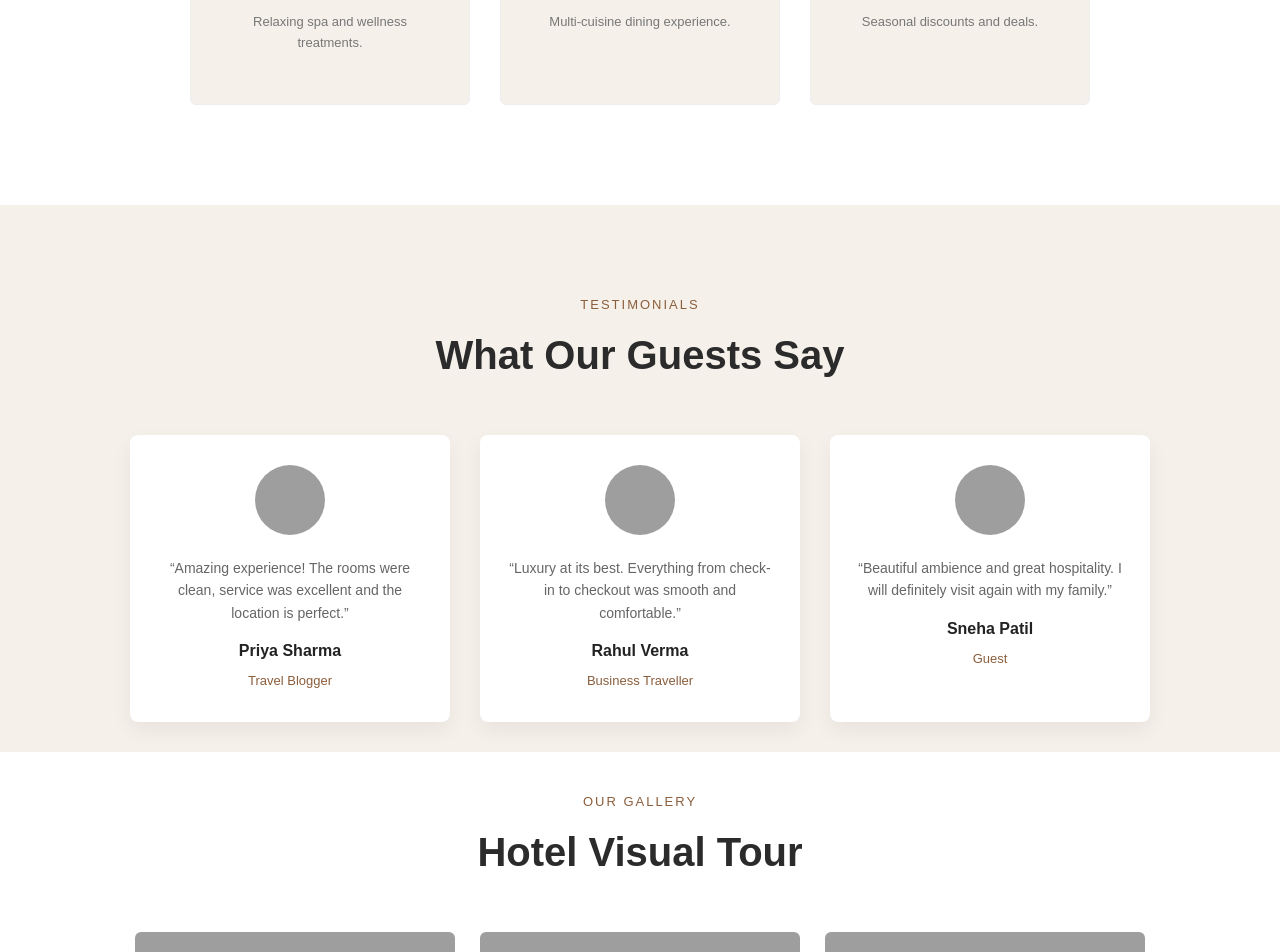
Repository: shraddhasal/HotelManagementSystem
Page: http://localhost/HMS/home.jsp
An editor plug-in stored every save of this project. The page is shown before and after the next save, followed by the edit.
The browser window is 1280 px wide. The pictures show the part of the page from y = 1889 to 2841 px (the page is 4004 px tall before and 3944 px after).
Pictures or frames that could not be fetched are drawn as grey boxes. The page is served by Tomcat 10.

Above is the page before, as saved 2026-02-16 07:14:37.

After the next save:
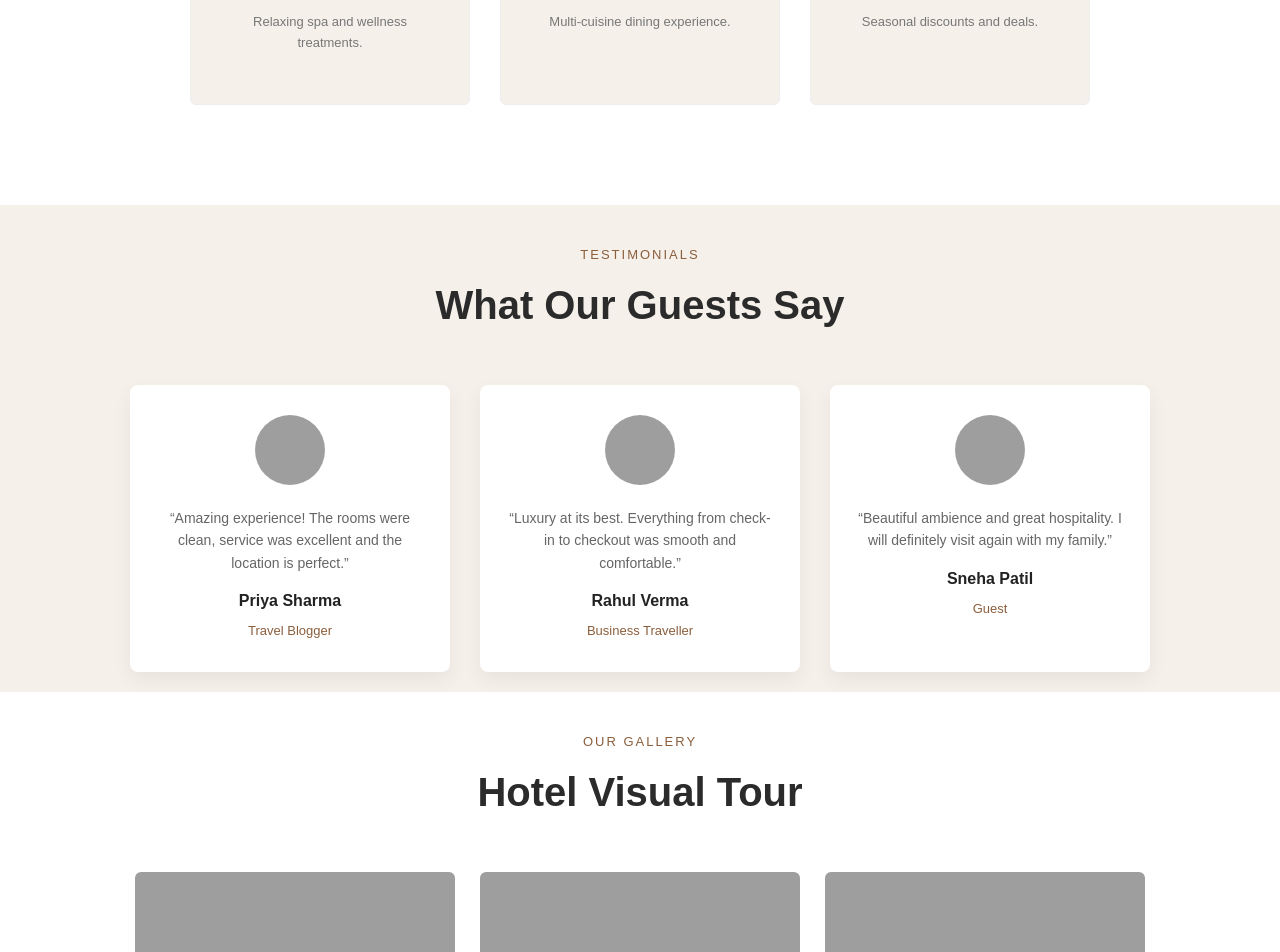
Saved 98 s later.
--- a/HMS/src/main/webapp/css/home.css
+++ b/HMS/src/main/webapp/css/home.css
@@ -480,8 +480,9 @@
 
 .testimonials {
   background: #f5f0ea;   /* 🔥 different soft background */
-  padding: 90px 80px;
   text-align: center;
+  padding: 40px 80px 80px;
+  margin-top: 0;
 }
 
 /* small heading */
